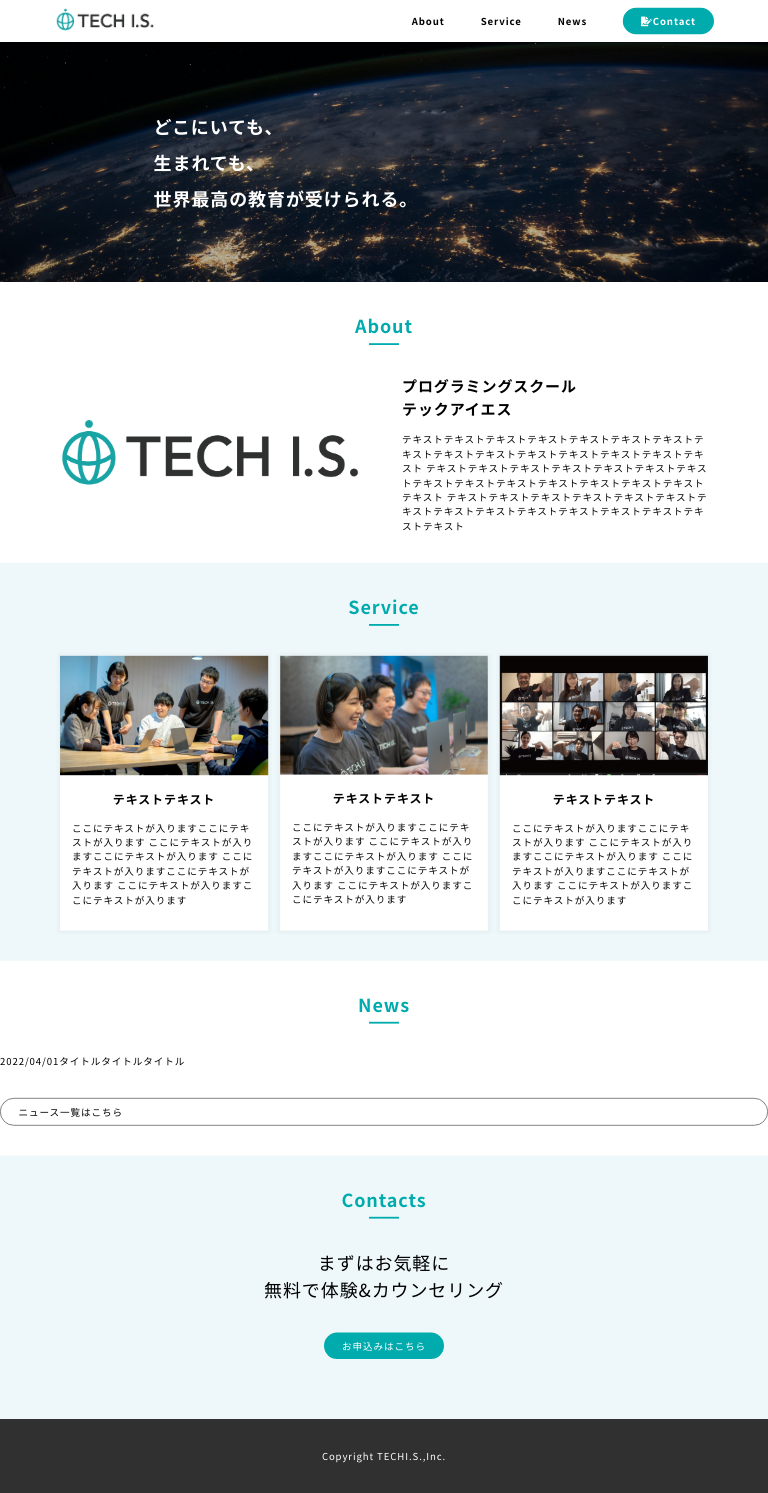
Repository: ryunoesta/lp-techis
Page: indx.html
An editor plug-in stored every save of this project. The page is shown before and after a run of saves, followed by the edit.
The browser window is 1280 px wide. The pictures show the whole page, at 60% of full size.

Above is the page before, as saved 2022-06-19 23:16:14.

After the next 3 saves:
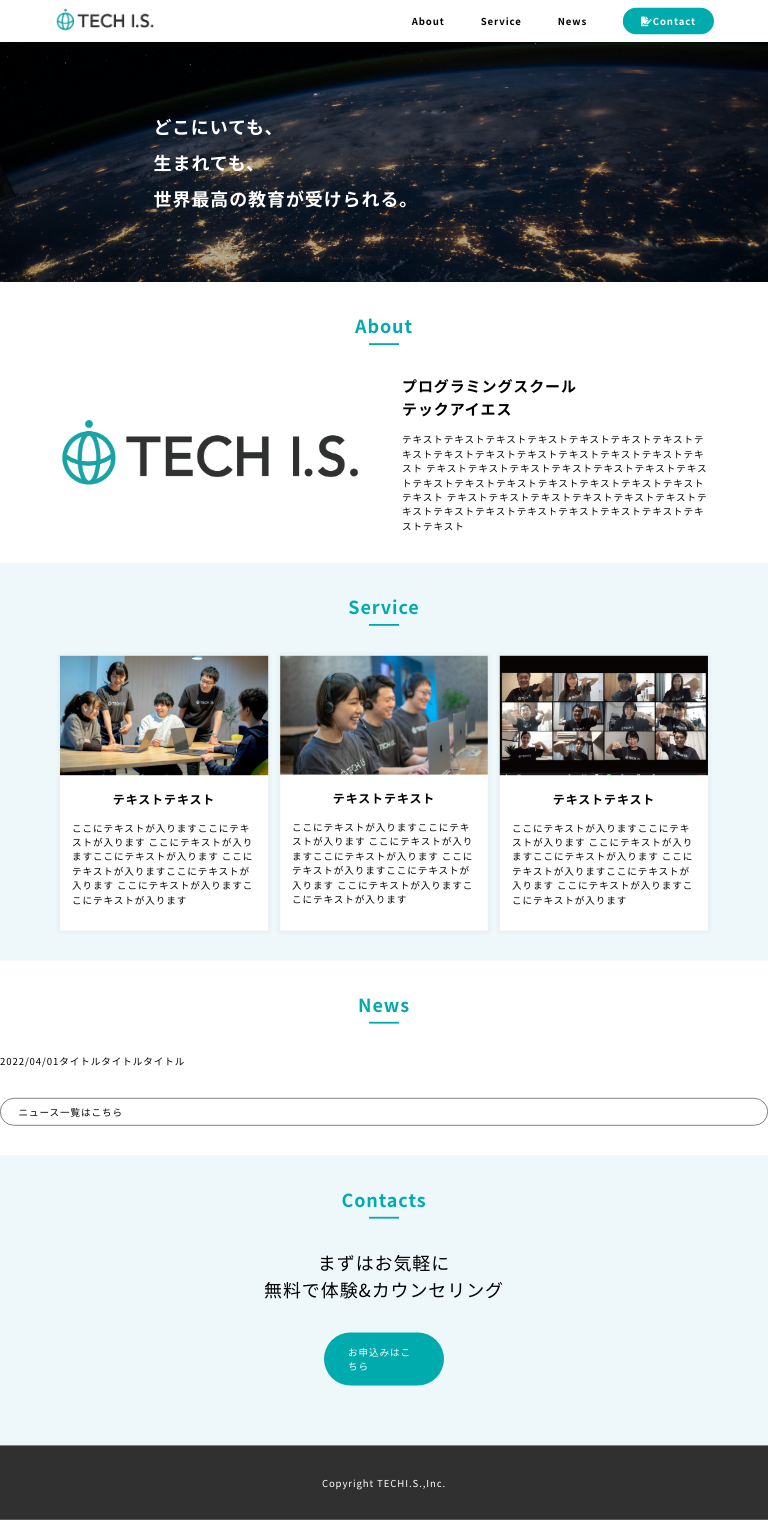
The 3 saves are shown as one change because they came seconds apart.
The last was saved 22 s later.
--- a/CSS/style.css
+++ b/CSS/style.css
@@ -203,9 +203,8 @@
 .front-contact__btn {
     color: #fff;
     background: #00abae;
-    padding: 10px 30px;
+    padding: 20px 40px;
     border-radius: 50px;
     width: 200px;
     margin: 50px auto;
-    font-size: ;
-}
+}
